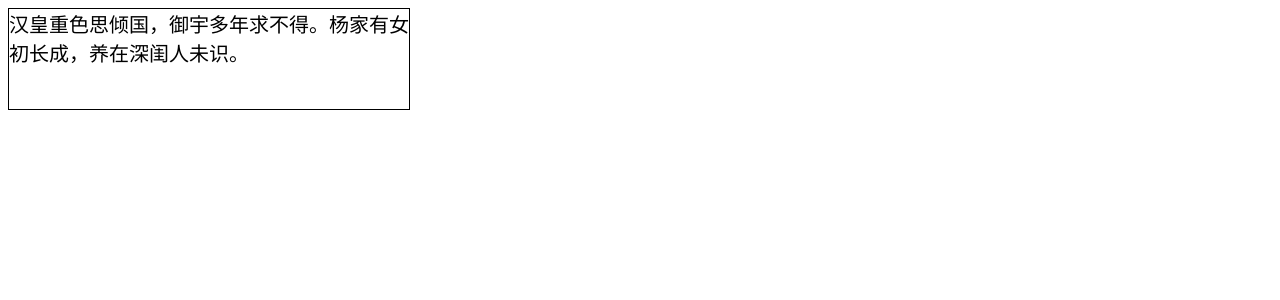
Repository: chjyume/zhongyi
Page: test.html
An editor plug-in stored every save of this project. The page is shown before and after the next save, followed by the edit.
The browser window is 1280 px wide. The pictures show the whole page.

Above is the page before, as saved 2023-06-27 23:22:15.

### test.html
<!DOCTYPE html>
<html>
  <head>
    <style>
        #textDiv {
        font-size: 20px;
        width: 400px;
        height: 100px;
        border: 1px solid black;
        overflow: hidden;
        }

        #textDiv.show-hand {
        cursor: pointer;
        }

    </style>
  </head>
  <body>
    <div id="textDiv" onclick="showNextText()" style="cursor:pointer;"></div>
    <script>
            var textDiv = document.getElementById('textDiv');
        var texts = ['汉皇重色思倾国，御宇多年求不得。杨家有女初长成，养在深闺人未识。', '天生丽质难自弃，一朝选在君王侧。回眸一笑百媚生，六宫粉黛无颜色。', '春寒赐浴华清池，温泉水滑洗凝脂。侍儿扶起娇无力，始是新承恩泽时。']; // 替换成你想显示的文字内容
        var currentTextIndex = -1;
        var currentTextNode = null;

        function showNextText() {
        if (currentTextIndex < texts.length - 1) {
            currentTextIndex++;
            var text = texts[currentTextIndex];
            currentTextNode = document.createElement('span');
            currentTextNode.innerHTML = text;
            textDiv.appendChild(currentTextNode);
        } else {
            return;
        }

        if (currentTextIndex === texts.length - 1) {
            textDiv.classList.add('show-hand');
        }
        }

        textDiv.onclick = function () {
        if (currentTextIndex === texts.length - 1) {
            var nextSibling = currentTextNode.nextSibling;
            while (nextSibling) {
            var temp = nextSibling.nextSibling;
            textDiv.removeChild(nextSibling);
            nextSibling = temp;
            }
            textDiv.classList.remove('show-hand');
            currentTextIndex = -1;
        }
        };

        showNextText();
    </script>
  </body>
</html>

After the next save:
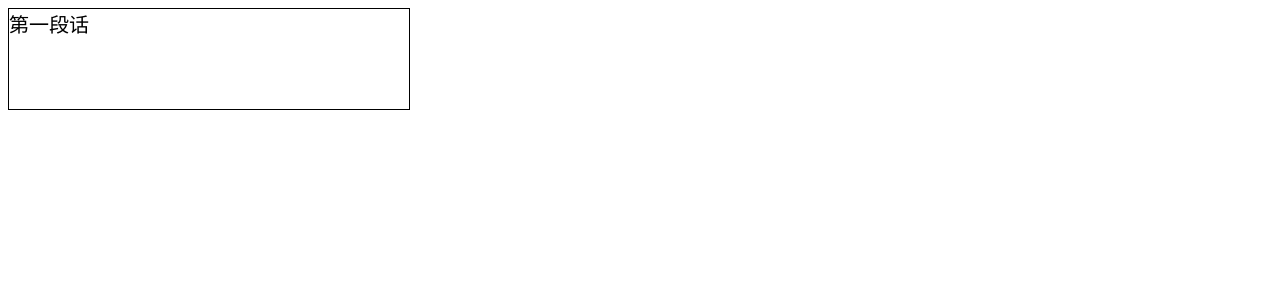
Saved 22 min 6 s later.
--- a/test.html
+++ b/test.html
@@ -2,58 +2,74 @@
 <html>
   <head>
     <style>
-        #textDiv {
-        font-size: 20px;
-        width: 400px;
-        height: 100px;
-        border: 1px solid black;
-        overflow: hidden;
-        }
+      #textDiv {
+  font-size: 20px;
+  width: 400px;
+  height: 100px;
+  border: 1px solid black;
+  position: relative;
+  overflow: hidden;
+}
 
-        #textDiv.show-hand {
-        cursor: pointer;
-        }
+#nextBtn {
+  position: absolute;
+  bottom: 5px;
+  right: 5px;
+  width: 16px;
+  height: 16px;
+  background-color: #ddd;
+  border-radius: 50%;
+  display: none;
+  cursor: pointer;
+}
 
     </style>
   </head>
   <body>
     <div id="textDiv" onclick="showNextText()" style="cursor:pointer;"></div>
     <script>
-            var textDiv = document.getElementById('textDiv');
-        var texts = ['汉皇重色思倾国，御宇多年求不得。杨家有女初长成，养在深闺人未识。', '天生丽质难自弃，一朝选在君王侧。回眸一笑百媚生，六宫粉黛无颜色。', '春寒赐浴华清池，温泉水滑洗凝脂。侍儿扶起娇无力，始是新承恩泽时。']; // 替换成你想显示的文字内容
-        var currentTextIndex = -1;
-        var currentTextNode = null;
+        var textDiv = document.getElementById('textDiv');
+var texts = ['第一段话', '第二段话', '第三段话']; // 替换成你想显示的文字内容
+var currentTextIndex = -1;
+var currentText = "";
 
-        function showNextText() {
-        if (currentTextIndex < texts.length - 1) {
-            currentTextIndex++;
-            var text = texts[currentTextIndex];
-            currentTextNode = document.createElement('span');
-            currentTextNode.innerHTML = text;
-            textDiv.appendChild(currentTextNode);
-        } else {
-            return;
-        }
+function showNextText() {
+  if (currentTextIndex < texts.length - 1) {
+    currentTextIndex++;
+    currentText = texts[currentTextIndex];
+    var i = 0;
+    textDiv.innerHTML = ""; // 清空文字内容
+    var typing = setInterval(function() {
+      if (i < currentText.length) {
+        textDiv.innerHTML += currentText.charAt(i);
+        i++;
+      } else {
+        clearInterval(typing);
+        showNextButton();
+      }
+    }, 100);
+  } else {
+    return;
+  }
+}
 
-        if (currentTextIndex === texts.length - 1) {
-            textDiv.classList.add('show-hand');
-        }
-        }
+function showNextButton() {
+  var nextBtn = document.createElement('div');
+  nextBtn.id = "nextBtn";
+  nextBtn.onclick = function() {
+    if (currentTextIndex < texts.length - 1) {
+      currentTextIndex++;
+      currentText = texts[currentTextIndex];
+      textDiv.innerHTML = "";
+      showNextText();
+    }
+  };
+  textDiv.appendChild(nextBtn);
+  textDiv.style.overflow = "visible";
+}
 
-        textDiv.onclick = function () {
-        if (currentTextIndex === texts.length - 1) {
-            var nextSibling = currentTextNode.nextSibling;
-            while (nextSibling) {
-            var temp = nextSibling.nextSibling;
-            textDiv.removeChild(nextSibling);
-            nextSibling = temp;
-            }
-            textDiv.classList.remove('show-hand');
-            currentTextIndex = -1;
-        }
-        };
+showNextText();
 
-        showNextText();
     </script>
   </body>
 </html>
